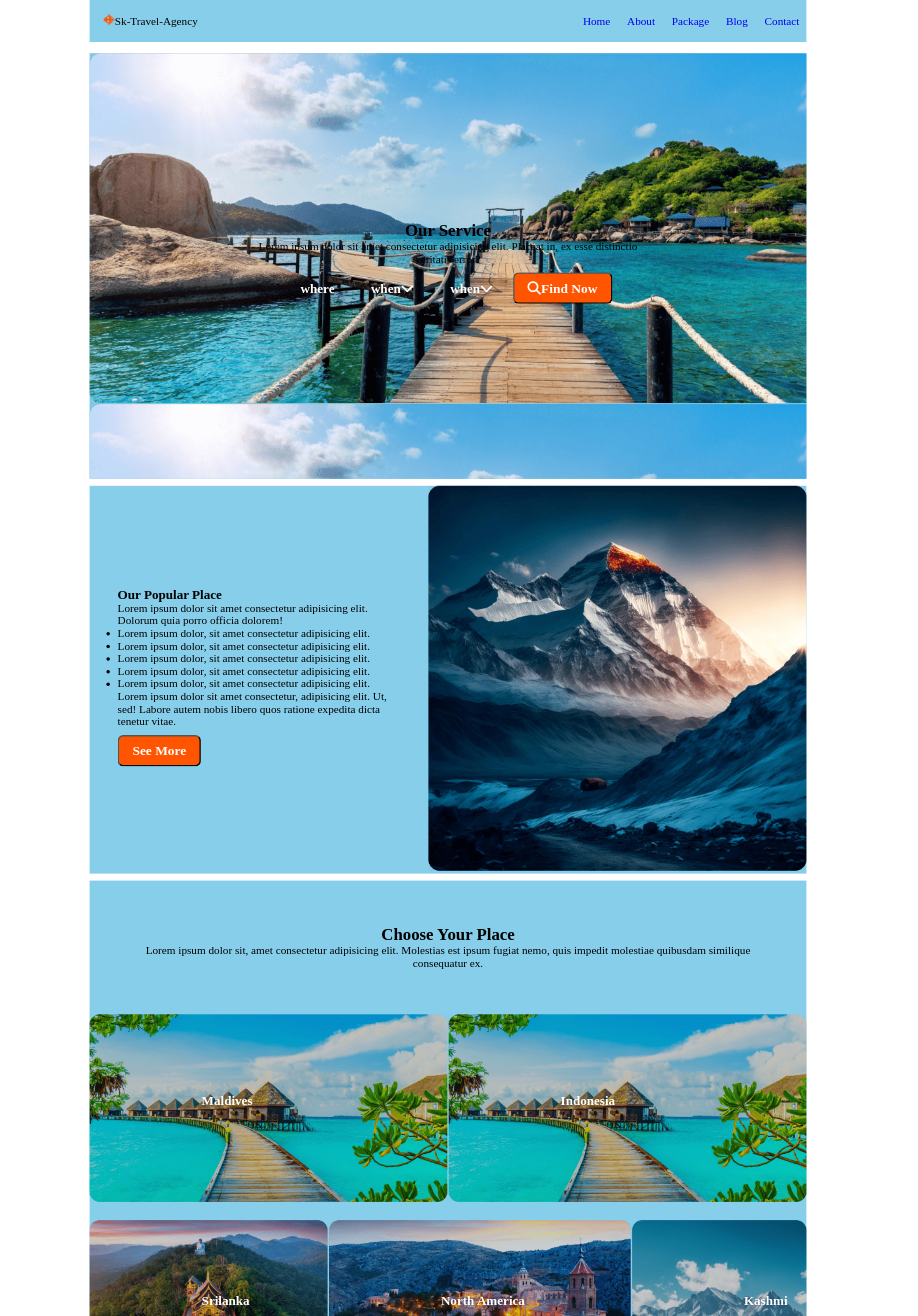
Repository: sumonkumarsarkar/Sk-Travel-Agency-
Page: index.html
These files come from the project's save history. The page is drawn as it stood at one moment and after the next save; the edit follows.
The browser window is 1280 px wide. The page is 1312 px wide, so the pictures cover 1312 px, including what lies to the right of the window. The pictures show the part of the page from y = 0 to 1880 px (the page is 4802 px tall), at 70% of full size.

Above is the page before, as saved 2024-01-17 15:24:44.

### index.html
<!DOCTYPE html>
<html lang="en">
<head>
    <meta charset="UTF-8">
    <meta name="viewport" content="width=device-width, initial-scale=1.0">
    <title>Sk-Travel-Agency</title>
    <link rel="stylesheet" href="./style.css">

    <link rel="stylesheet" href="https://cdnjs.cloudflare.com/ajax/libs/font-awesome/6.5.1/css/all.min.css" integrity="sha512-DTOQO9RWCH3ppGqcWaEA1BIZOC6xxalwEsw9c2QQeAIftl+Vegovlnee1c9QX4TctnWMn13TZye+giMm8e2LwA==" crossorigin="anonymous" referrerpolicy="no-referrer" />
</head>
<body>
    <header>
         <div class="container">
            <nav>
                <div class="icon-header">
                    <p> <span><img src="./Images/Group 40071 (2).png" alt=""></span>Sk-Travel-Agency</p>
                </div>
                <div class="menu-header">
                    <ul>
                        <li><a href="#">Home</a></li>
                        <li><a href="#">About</a></li>
                        <li><a href="#">Package</a></li>
                        <li><a href="#">Blog</a></li>
                        <li><a href="#">Contact</a></li>
                    </ul>
                </div>
            </nav>
         </div>


<div class="container">
    <div class="banner-section">
        <h2>Our Service</h2>
        <p>Lorem ipsum dolor sit amet consectetur adipisicing elit. Placeat in, ex esse distinctio veritatis error?</p>
        <div class="banner-button">
         <h3>where </h3>
         <h3>when<span><i class="fa-solid fa-chevron-down"></i></span></h3>
         <h3>when<span><i class="fa-solid fa-chevron-down"></i></span></h3>

        <button type="button"> <span><i class="fa-solid fa-magnifying-glass"></i></span>Find Now</button>
        </div>
       </div>

</div>


<div class="container">
    <div class="container-item">
        <div class="text-item">
         <h3>Our Popular Place</h3>
         <p>Lorem ipsum dolor sit amet consectetur adipisicing elit. Dolorum quia porro officia dolorem!</p>
         <ul>
            <li><p>Lorem ipsum dolor, sit amet consectetur adipisicing elit.</p></li>
            <li><p>Lorem ipsum dolor, sit amet consectetur adipisicing elit.</p></li>
            <li><p>Lorem ipsum dolor, sit amet consectetur adipisicing elit.</p></li>
            <li><p>Lorem ipsum dolor, sit amet consectetur adipisicing elit.</p></li>
            <li><p>Lorem ipsum dolor, sit amet consectetur adipisicing elit.</p></li>
         </ul>
         <p>Lorem ipsum dolor sit amet consectetur, adipisicing elit. Ut, sed! Labore autem nobis libero quos ratione expedita dicta tenetur vitae.</p>
         <button type="button">See More</button>
        </div>
        <div class="container-img-item">
            <img src="./Images/Rectangle 4.png" alt="">
        </div>
    </div>
</div>

    </header>


    <main>


        <!-- Choose Your place start   -->


<div class="container">
     <div class="container-text">
        <h2>Choose Your Place</h2>
        <p>Lorem ipsum dolor sit, amet consectetur adipisicing elit. Molestias est ipsum fugiat nemo, quis impedit molestiae quibusdam similique consequatur ex.</p>
     </div>
     <div class="container-image">

        <div class="img-row">
            <div class="image">
                <img src="./Images/Rectangle 5.png" alt="">
                <h3>Maldives</h3>
             </div>
             <div class="image">
                <img src="./Images/Rectangle 5.png" alt="">
                <h3>Indonesia</h3>
             </div>
        </div>

        <div class="img-row">
            <div class="image">
                <img src="./Images/Rectangle 6.png" alt="">
                <h3>Srilanka</h3>
             </div>
             <div class="image">
                <img src="./Images/Rectangle 7.png" alt="">
                <h3>North America</h3>
             </div>
             <div class="image">
                <img src="./Images/Rectangle 9.png" alt="">
                <h3>Kashmi</h3>
             </div>
        </div>

        <div class="img-row">
            <div class="image">
                <img src="./Images/Rectangle 11.png" alt="">
                <h3>Bangladesh</h3>
             </div>
             <div class="image">
                <img src="./Images/Rectangle 10.png" alt="">
                <h3>Bandarban</h3>
             </div>
        </div>
     </div>
</div>

        <!-- Choose Your place end
           -->


   <!-- card start   -->



   <div class="container">
    <div class="container-text">
       <h2>Why Choose Us</h2>
       <p>Dolor sit amet consectetur. Diam volutpat neque habitasse pharetra odio sit massa. Sodales dictumst nec nibh pellentesque.</p>
    </div>

        <div class="container-card">
            <div class="card">
                <span><i class="fa-solid fa-hotel"></i></span>
                <h3>Handpicked Hotels</h3>
                <p>Amet consectetur. Vulputate commodo felis molestie risus  ornare nulla amet et. Libero commodo sagittis dignissim adipiscing quis. Habitant adipiscing risus natoque aliquet. </p>
            </div>
            <div class="card">
                <span><i class="fa-solid fa-location-dot"></i></span>
                <h3>World Class Service</h3>
                <p>Amet consectetur. Vulputate commodo felis molestie risus  ornare nulla amet et. Libero commodo sagittis dignissim adipiscing quis. Habitant adipiscing risus natoque aliquet.  </p>
            </div>
        </div>


        <div class="container">
             <div class="container-card-item">

                    <h3><i class="fa-solid fa-tag"></i></h3>
                    <h3>World Class Service</h3>
                    <p>Amet consectetur. Vulputate commodo felis molestie risus  ornare nulla amet et. Libero commodo sagittis dignissim adipiscing quis. Habitant adipiscing risus natoque aliquet. </p>

             </div>
        </div>




</div>





   <!-- card start   -->





        <!-- place part start  -->

<div class="container">
    <div class="container-item">
        <div class="text-item">
         <h3>Visit the place and spend the life time</h3>
         <p>Lorem ipsum dolor sit amet consectetur adipisicing elit. Dolorum quia porro officia dolorem!</p>
         <ul>
            <li><p>Lorem ipsum dolor, sit amet consectetur adipisicing elit.</p></li>
            <li><p>Lorem ipsum dolor, sit amet consectetur adipisicing elit.</p></li>
            <li><p>Lorem ipsum dolor, sit amet consectetur adipisicing elit.</p></li>
            <li><p>Lorem ipsum dolor, sit amet consectetur adipisicing elit.</p></li>
            <li><p>Lorem ipsum dolor, sit amet consectetur adipisicing elit.</p></li>
         </ul>
         <p>Lorem ipsum dolor sit amet consectetur, adipisicing elit. Ut, sed! Labore autem nobis libero quos ratione expedita dicta tenetur vitae.</p>
         <button type="button">See More</button>
        </div>
        <div class="container-img-item">
            <img src="./Images/Rectangle 4.png" alt="">
        </div>
    </div>
</div>


 <!-- place part end  -->


 <div class="container">
    <div class="container-item">
        <div class="text-form">
         <h3>Visit the place and spend the life time</h3>
         <p>Lorem ipsum dolor sit amet consectetur adipisicing elit. Dolorum quia porro officia dolorem!</p>

         <form>
            <input type="text" placeholder="Enter Your Name">
            <input type="text" placeholder="Enter Your  Mail">
         </form>
         <button type="button">Subscribe</button>
        </div>
        <div class="container-img-item">
            <img src="./Images/Rectangle 8 (1).png" alt="">
            <h3>SK.Com</h3>
            <h2>Save Up to 70 %</h2>
        </div>
    </div>
</div>



<!-- form part start  -->




<!-- form part end  -->


    </main>









        <footer>
            <div class="container">

                    <div class="nornal-text">
                           <span class="icon-footer"><img src="./Images/Group 40071 (2).png" alt=""></span>
                           <h3>Sk <span class="travel">Travel</span>  Agency</h3>
                            <p>We specialize in Air Ticketing, Visa Processing, Hotel Reservations, Travel Guides, and Tour Packages related services. </p>
                    </div>

                <div class="icon-img">
                    <i class="fa-brands fa-facebook"></i>
                    <i class="fa-brands fa-twitter"></i>
                    <i class="fa-brands fa-linkedin"></i>
                    <i class="fa-brands fa-instagram"></i>
                    <i class="fa-brands fa-tiktok"></i>
                </div>

                <hr>

               <div class="last-text">
                 <p>@2024 SK Travel Agency All</p>

               </div>


         </footer>





</body>
</html>

### style.css
*{
    margin: 0;
    padding: 0;
}



/* main Choose Your place start  */

.container-text {
text-align: center;
padding:4rem;
}

.img-row{
    display: flex;
    width: 100%;
    gap:.1rem;


}
.image img{
    width:100%;

}
.image h3{
 position: relative;
    top:-10rem;
    left:10rem;
    color: #FFF;
}



/* card start  */
.container-card{
    display: flex;
    padding:1rem;
    justify-content:space-around;
    align-items: center;
}


.card{
    height:25rem;
    width: 25rem;
    background:#9e7b7b;
    border-radius: .5rem;
    padding:2rem;
    box-shadow: -15px -15px 15px rgba(255, 255, 255, .2),
                15px 15px 15px rgba(0, 0, 0, .2),
                 inset -5px -5px 5px rgba(255, 255, 255, .2),
              inset 5px 15px 15px rgba(245, 183, 183, 0.2);


}

.container-card-item{
margin:0 auto;
padding: 5rem 10rem;
background: #854141;
height:15rem;
width: 15rem;
border-radius: .5rem;
box-shadow: -15px -15px 15px rgba(255, 255, 255, .2),
                15px 15px 15px rgba(0, 0, 0, .2),
                 inset -5px -5px 5px rgba(255, 255, 255, .2),
              inset 5px 15px 15px rgba(0, 0, 0, .2);


}
/* card end  */




/* main Choose Your place end */


 /* main place part start  */
.container-item{
    display: flex;
    justify-content:space-around;
    align-items: center;
    margin: 10px auto;
}

.container-item .text-item{
    padding: 40px;
}

button{
color: #FFF;
text-align: center;
font-family: Mulish;
font-size: 1.2rem;
font-style: normal;
font-weight: 800;
padding: .6rem 1.2rem;
border-radius:.5rem;
background: #FF5400;
margin: 10px auto;

}



/* form part start  */

.text-form  form input{
    display: block;
    padding:.5rem;
    width: 80%;
    margin:.5rem;
    border: none;
    border-radius: .5rem;
}
.text-form{

    padding:.5rem;
    width: 80%;
    margin:.5rem;
}
.text-form button{

    padding:.5rem;
    width: 80%;
    margin:.5rem;
}



/* form part end  */




 /* main place part end */

/* header menu bar start  */




nav{
    display: flex;
    justify-content: space-between;
    align-items: center;
    margin-bottom: 1rem;
}
.icon-header{
    align-items: center;
    padding:20px;
}
.icon-header img{
    width: 1rem;
    height: 1rem;
}
.menu-header ul{
    list-style: none;

}
.menu-header ul li{
   display: inline-block;
   padding: 10px 10px;

}
.menu-header ul li a{
    text-decoration: none;
}

.banner-section{
    background-image: url("./Images/Group 13 (1) (1).png");
}




.banner-section{
    text-align: center;
    padding:15rem;


}
.banner-button h3{
    display: inline-block;
    padding: 1rem .5rem;
    color: #FFF;
    margin: 0 1rem;
}

/* header menu bar end  */


/* footer section start  */
.container{
 background: skyblue;
 /* margin: 1rem auto; */
}
.nornal-text{
text-align: center;
padding: 2rem 2rem;


}




.container .nornal-text p{
text-align: center;
padding: 2rem 2rem;
color: #5A5A5D;
font-family: Mulish;
font-style: normal;
font-weight: 400;
line-height: 1.5rem;


}
.container .nornal-text h3{

display: inline-block;
font-size: 3rem;
margin-right: 1rem;


}
.container .icon-img{
text-align:center;
padding: 1rem 2rem;
align-content: center;



}
.container .last-text{

text-align: center;
padding: 2rem 2rem;
color: #5A5A5D;
font-family: Mulish;
font-style: normal;
font-weight: 400;
line-height: 1.5rem;



}
.container, hr{
width: 80%;
margin: 0 auto;


}
.travel{
    color: #FF5400;
}




/* footer section end  */

After the next save:
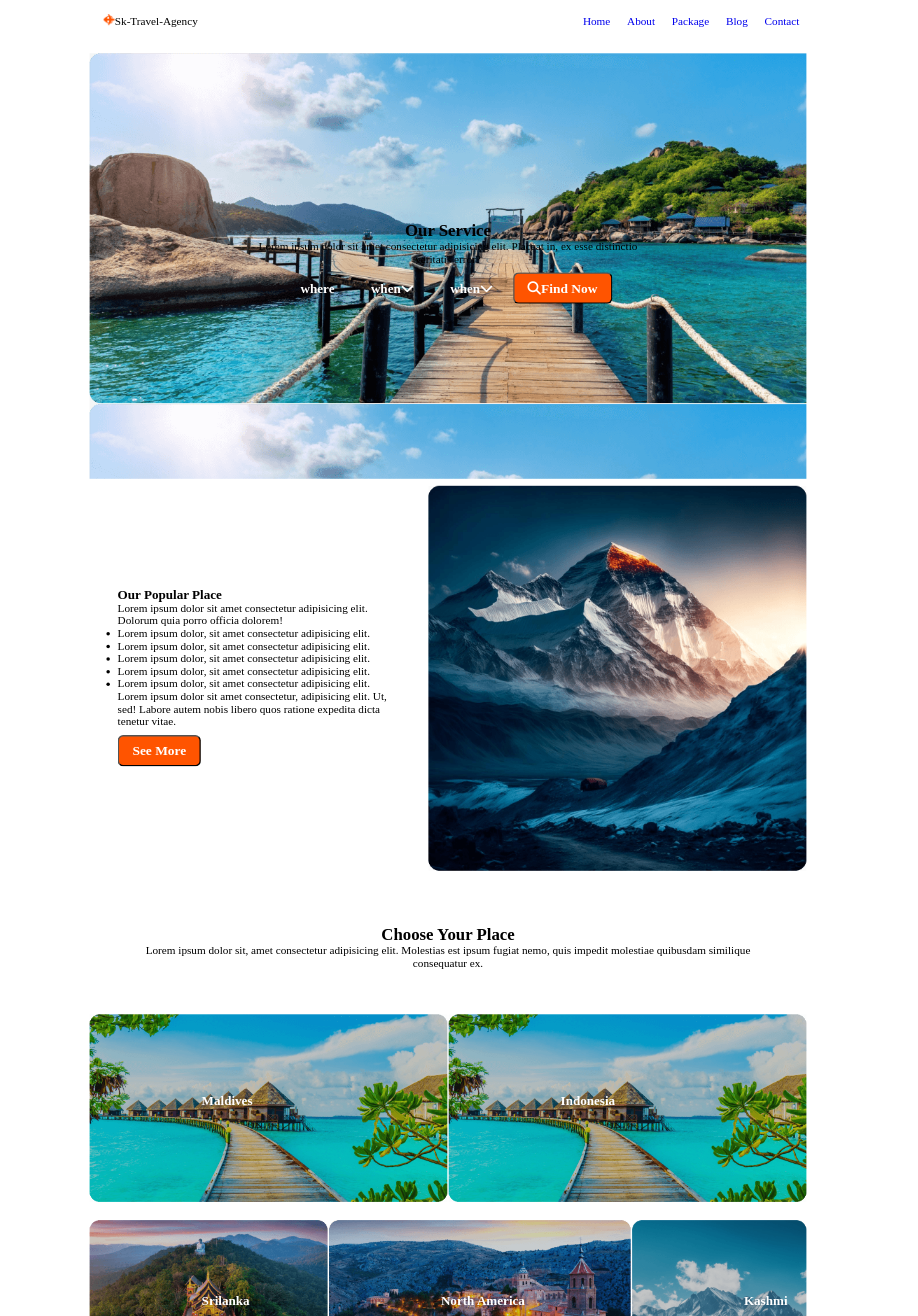
Saved 30 s later.
--- a/style.css
+++ b/style.css
@@ -193,10 +193,7 @@ nav{
 
 
 /* footer section start  */
-.container{
- background: skyblue;
- /* margin: 1rem auto; */
-}
+
 .nornal-text{
 text-align: center;
 padding: 2rem 2rem;
